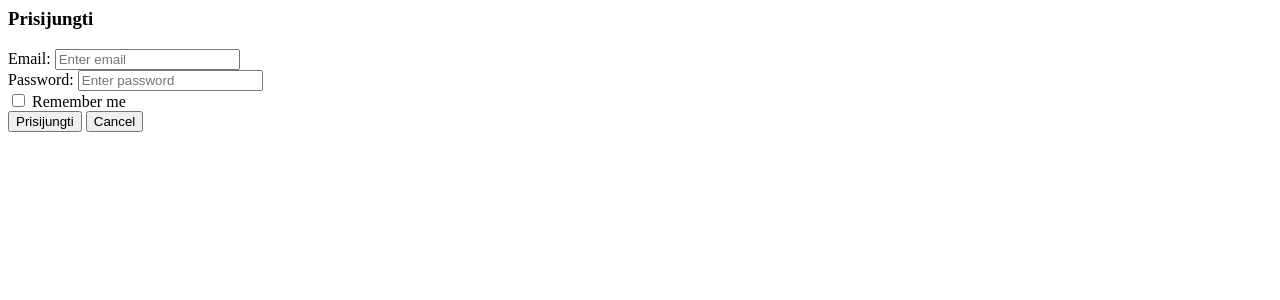
Repository: Skaidrius/Blogas
Page: partials/login.html
The author's editor kept a record of every edit. The page is drawn from the files as they stood at one moment, then again after the next edit.
The browser window is 1280 px wide. The pictures show the whole page.

Above is the page before.

After the next edit:
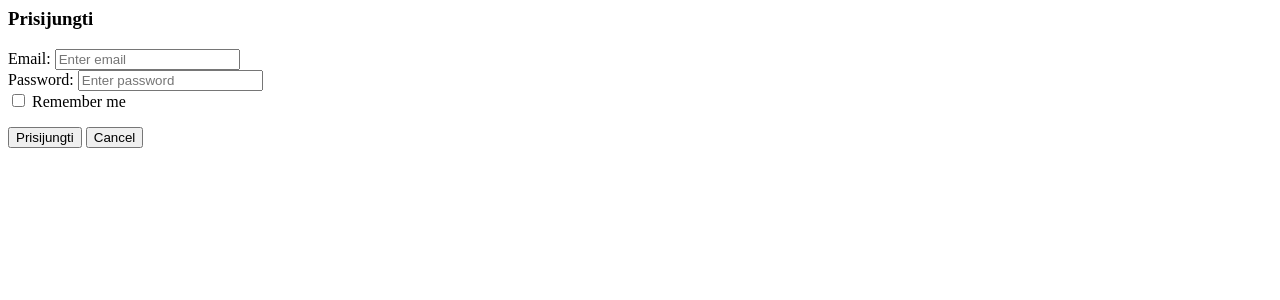
The edit:
--- a/partials/login.html
+++ b/partials/login.html
@@ -13,6 +13,7 @@
         <div class="checkbox">
             <label><input type="checkbox"> Remember me</label>
         </div>
+    </form>
     <div class="modal-footer">
         <button type="submit" class="btn btn-primary" ng-click="ok()">Prisijungti</button>
         <button class="btn btn-warning" ng-click="cancel()">Cancel</button>
